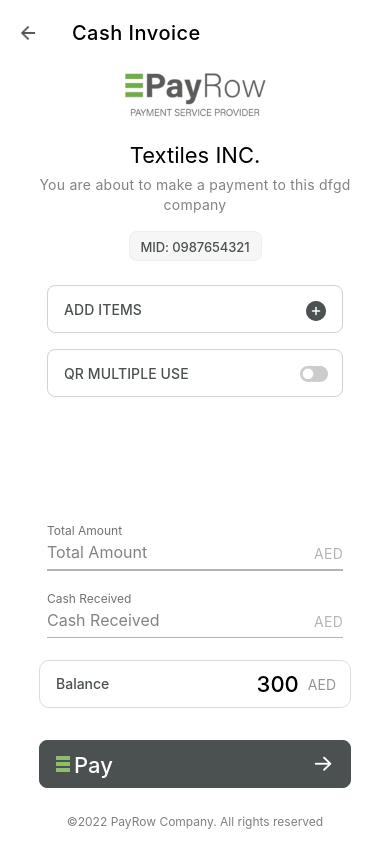
Repository: rishabh-critical-river/payrowios
Screen: /cashPay
The author's editor kept a copy of each file at every save. The screen is drawn from the files as they stood at one save, then again after the next save.
The app was drawn by React Native's web renderer in a window 390 px wide. The project was rebuilt for these pictures with package versions that can differ from the ones it lists, and the page was loaded fresh each time. Also part of the build but not shown: screens/onboarding/CreateAccount.js, screens/home/HomeScreen.tsx, screens/home/HomeComponents/TapToPay.tsx, screens/home/HomeComponents/PaymentSummary.js, screens/home/HomeComponents/AddItem.js, screens/home/HomeComponents/TapCard.tsx, screens/home/HomeComponents/EnterPin.tsx, screens/home/HomeComponents/Confirmation.tsx and 37 more.

Above is the screen before, as saved 2023-07-27 16:34:31.

### screens/home/HomeComponents/CashPay.tsx
import { StatusBar } from "expo-status-bar";
import React, { useState } from "react";
import { NavigationContainer } from "@react-navigation/native";
import { createNativeStackNavigator } from "@react-navigation/native-stack";
import {
  StyleSheet,
  Text,
  View,
  SafeAreaView,
  ScrollView,
  Image,
  Button,
  TouchableOpacity,
  TextInput,
  KeyboardAvoidingView,
  Platform,
  TouchableWithoutFeedback,
  Keyboard,
} from "react-native";
import { AntDesign, Fontisto } from "@expo/vector-icons";
function CashPay({ navigation }: any) {
  const [amount, setAmount] = useState("");
  const handleAmountChange = (text: any) => {
    // Remove any non-numeric characters from the input using regular expression
    const cleanedText = text.replace(/[^0-9.]/g, "");
    setAmount(cleanedText);
  };
  const handleDismissKeyboard = () => {
    Keyboard.dismiss();
  };
  return (
    <TouchableWithoutFeedback onPress={handleDismissKeyboard}>
      <KeyboardAvoidingView
        style={{ flex: 1 }}
        behavior={Platform.OS === "ios" ? "padding" : "height"}
      >
        <View style={styles.container}>
          <View
            style={{
              marginLeft: 19.98,
              marginTop: 17,
              flexDirection: "row",
              alignItems: "center",
            }}
          >
            <Image
              source={require("./arrow_back.png")}
              style={{
                width: 16.03,
                height: 16.03,
                marginRight: 35.98,
              }}
            />
            <Text
              style={{
                fontSize: 20,
                fontWeight: "500",
                lineHeight: 32,
                letterSpacing: 0.5,
              }}
            >
              Cash Invoice
            </Text>
          </View>
          <Image
            style={{
              width: 150,
              height: 48.3,
              alignSelf: "center",
              marginTop: 22,
            }}
            source={require("./payrowLogo.png")}
          />
          <Text
            style={{
              fontSize: 22,
              fontWeight: "400",
              lineHeight: 28,
              textAlign: "center",
              marginTop: 22,
            }}
          >
            Textiles INC.
          </Text>
          <Text
            style={{
              fontSize: 14,
              fontWeight: "400",
              lineHeight: 20,
              textAlign: "center",
              letterSpacing: 0.25,
              marginTop: 6,
              color: "#4B5050B2",
            }}
          >
            You are about to make a payment to this dfgd
          </Text>
          <Text
            style={{
              fontSize: 14,
              fontWeight: "400",
              lineHeight: 20,
              textAlign: "center",
              letterSpacing: 0.25,

              color: "#4B5050B2",
            }}
          >
            company
          </Text>
          <View
            style={{
              borderWidth: 1,
              borderColor: "#4B50500D",
              borderRadius: 8,
              marginTop: 16,
              width: 133,
              height: 30,
              alignSelf: "center",

              backgroundColor: "#4B50500D",
            }}
          >
            <Text
              style={{
                alignSelf: "center",
                marginTop: 6,
                fontWeight: "500",
                fontSize: 13,
                lineHeight: 18,
                letterSpacing: -0.08,
                color: "#4B5050",
              }}
            >
              MID: 0987654321
            </Text>
          </View>
          <View
            style={{
              borderWidth: 1,
              borderColor: "#4B505040",

              shadowColor: "#757E6E14",
              shadowOffset: {
                width: 0,
                height: 2,
              },
              shadowOpacity: 0.25,
              shadowRadius: 3.84,

              borderRadius: 8,
              marginTop: 24,
              width: 296,
              height: 48,
              alignSelf: "center",
            }}
          >
            <TouchableOpacity
              onPress={() => {
                navigation.navigate("AddItem");
              }}
              style={{
                flexDirection: "row",
              }}
            >
              <Text
                style={{
                  flex: 1,
                  marginLeft: 16,
                  marginTop: 14,
                  fontWeight: "500",
                  fontSize: 14,
                  lineHeight: 20,
                  letterSpacing: 0.1,
                  color: "#4B5050",
                }}
              >
                ADD ITEMS
              </Text>
              <Image
                source={require("./plusicon.png")}
                style={{
                  width: 20,
                  height: 20,
                  marginRight: 16,
                  marginTop: 15,
                  backgroundColor: "#4B5050E5",
                  borderRadius: 10,
                }}
              />
            </TouchableOpacity>
          </View>
          <View
            style={{
              borderWidth: 1,
              borderColor: "#4B505040",

              shadowColor: "#757E6E14",
              shadowOffset: {
                width: 0,
                height: 2,
              },
              shadowOpacity: 0.25,
              shadowRadius: 3.84,

              borderRadius: 8,
              marginTop: 16,
              width: 296,
              height: 48,
              alignSelf: "center",
            }}
          >
            <View
              style={{
                flexDirection: "row",
              }}
            >
              <Text
                style={{
                  flex: 1,
                  marginLeft: 16,
                  marginTop: 14,
                  fontWeight: "500",
                  fontSize: 14,
                  lineHeight: 20,
                  letterSpacing: 0.1,
                  color: "#4B5050",
                }}
              >
                QR MULTIPLE USE
              </Text>
              <Fontisto
                style={{ marginRight: 14, marginTop: 10 }}
                name="toggle-off"
                size={28}
                color="#CCCCCC"
              />
            </View>
          </View>
        </View>
        <View style={{ backgroundColor: "white" }}>
          <View style={{ alignSelf: "center" }}>
            <Text
              style={{
                marginBottom: 5,
                fontSize: 12,
                color: "#4B5050",
                fontWeight: "400",
                opacity: 0.800000011920929,
              }}
            >
              Total Amount
            </Text>
            <View
              style={{
                flexDirection: "row",
                justifyContent: "space-between",
                alignItems: "center",
              }}
            >
              <TextInput
                keyboardType="numeric"
                style={{
                  color: "#4B5050",
                  fontWeight: "400",
                  fontSize: 16,
                  lineHeight: 18,
                  opacity: 0.7,
                  marginBottom: 8,
                }}
                placeholder="Total Amount"
              />
              <Text
                style={{
                  color: "#4B505099",
                  fontWeight: "400",
                  letterSpacing: 0.25,
                  fontSize: 14,
                  marginLeft: 5,
                  lineHeight: 20,
                  opacity: 0.7,
                  marginBottom: 4,
                }}
              >
                AED
              </Text>
            </View>

            <View
              //horizontal line
              style={{
                backgroundColor: "#4B505099",

                width: 296,
                height: 1.5,
                opacity: 0.7,
                alignSelf: "center",
              }}
            />
          </View>
          <View style={{ alignSelf: "center", marginTop: 20 }}>
            <Text
              style={{
                marginBottom: 5,
                fontSize: 12,
                color: "#4B5050",
                fontWeight: "400",
                opacity: 0.800000011920929,
              }}
            >
              Cash Received
            </Text>
            <View
              style={{
                flexDirection: "row",
                justifyContent: "space-between",
                alignItems: "center",
              }}
            >
              <TextInput
                keyboardType="numeric"
                style={{
                  color: "#4B5050",
                  fontWeight: "400",
                  fontSize: 16,
                  lineHeight: 18,
                  opacity: 0.7,
                  marginBottom: 8,
                }}
                placeholder="Cash Received"
              />
              <Text
                style={{
                  color: "#4B505099",
                  fontWeight: "400",
                  letterSpacing: 0.25,
                  fontSize: 14,
                  marginLeft: 5,
                  lineHeight: 20,
                  opacity: 0.7,
                  marginBottom: 4,
                }}
              >
                AED
              </Text>
            </View>

            <View
              //horizontal line
              style={{
                backgroundColor: "#4B505099",

                width: 296,
                height: 1.5,
                opacity: 0.7,
                alignSelf: "center",
              }}
            />
          </View>

          {/* <View
            style={{
              borderWidth: 1,
              borderColor: "#4B505040",
              borderRadius: 8,
              marginTop: 26.5,
              width: 296,
              height: 52,
              alignSelf: "center",
              backgroundColor: "#4B505080",
            }}
          >
            <View
              style={{
                marginTop: 18,
                marginLeft: 16,
                flexDirection: "row",
              }}
            >
              <View>
                <View
                  style={{
                    borderWidth: 1,
                    borderColor: "#FFFFFF",

                    width: 14,
                    height: 3.61,

                    backgroundColor: "#FFFFFF",
                    marginBottom: 2.58,
                  }}
                />
                <View
                  style={{
                    borderWidth: 1,
                    borderColor: "#FFFFFF",

                    width: 14,
                    height: 3.61,

                    marginBottom: 2.58,
                    backgroundColor: "#FFFFFF",
                  }}
                />
                <View
                  style={{
                    borderWidth: 1,
                    borderColor: "#FFFFFF",

                    width: 14,
                    height: 3.61,

                    backgroundColor: "#FFFFFF",
                  }}
                />
              </View>
              <Text
                style={{
                  fontWeight: "400",
                  fontSize: 22,
                  lineHeight: 28,
                  color: "#FFFFFF",
                  marginLeft: 4,
                  bottom: 6,
                }}
              >
                Pay
              </Text>
            </View>
          </View> */}

          <View
            style={{
              width: "80%",
              alignSelf: "center",
              height: 48,
              borderRadius: 10,

              borderWidth: 1,
              borderColor: "rgba(75, 80, 80, 0.2)",
              flexDirection: "row",
              alignItems: "center",
              marginTop: 22,
            }}
          >
            <Text style={styles.priceLabel}>Balance</Text>
            <View style={styles.priceTextContainer}>
              <Text style={styles.priceText}>300</Text>
              <Text style={styles.priceCurrency}>AED</Text>
            </View>
          </View>

          <TouchableOpacity
            style={styles.goToSummaryButton}
            onPress={() => {
              navigation.navigate("InvoiceRecallthree");
            }}
          >
            <View style={styles.buttonContent}>
              <View style={{ justifyContent: "center", marginLeft: 16 }}>
                <View
                  style={{
                    borderWidth: 1,
                    borderColor: "#8EBD6C",

                    width: 14,
                    height: 3.61,

                    backgroundColor: "#8EBD6C",
                    marginBottom: 2.58,
                  }}
                />
                <View
                  style={{
                    borderWidth: 1,
                    borderColor: "#8EBD6C",

                    width: 14,
                    height: 3.61,

                    marginBottom: 2.58,
                    backgroundColor: "#8EBD6C",
                  }}
                />
                <View
                  style={{
                    borderWidth: 1,
                    borderColor: "#8EBD6C",

                    width: 14,
                    height: 3.61,

                    backgroundColor: "#8EBD6C",
                  }}
                />
              </View>
              <Text style={styles.buttonText}>Pay</Text>
              <View style={styles.arrowIcon}>
                <AntDesign name="arrowright" size={22} color="white" />
              </View>
            </View>
          </TouchableOpacity>

          <Text
            style={{
              fontSize: 12,
              backgroundColor: "white",
              color: "#7f7f7f",
              textAlign: "center",
              paddingBottom: 15,
              marginTop: 10,
            }}
          >
            ©2022 PayRow Company. All rights reserved
          </Text>
        </View>
      </KeyboardAvoidingView>
    </TouchableWithoutFeedback>
  );
}

export default CashPay;
const styles = StyleSheet.create({
  container: {
    flex: 1,
    backgroundColor: "white",
  },
  buttonContainer: {
    width: "80%",
    height: 48,
    backgroundColor: "#4B5050",
    alignSelf: "center",
    borderRadius: 8,
    marginTop: 20,
    display: "flex",
    justifyContent: "space-between",
    flexDirection: "row",
    alignItems: "center",
  },
  containers: {
    width: "80%",
    height: 50,
    borderRadius: 10,
    borderWidth: 1,
    borderColor: "rgba(75, 80, 80, 0.25)",
    alignSelf: "center",
    marginTop: 31,
    flexDirection: "row",
    justifyContent: "space-between",
    alignItems: "center",
    paddingLeft: 15,
    paddingRight: 15,
    shadowColor: "#757e6e",
    shadowOffset: {
      width: 0,
      height: 1,
    },
    shadowOpacity: 0.08,
    shadowRadius: 3,
  },
  badge: {
    width: 71,
    height: 26,
    borderRadius: 8,
    backgroundColor: "#4B50500D",
    textAlign: "center",
    paddingTop: 4,
    marginRight: 22,
  },
  itemContainer: {
    width: "100%",
    alignSelf: "center",
    height: 77,
    borderRadius: 10,
    marginBottom: 10,
    justifyContent: "center",
    borderWidth: 1,
    borderColor: "rgba(75, 80, 80, 0.2)",
    flexDirection: "row",
    alignItems: "center",
  },
  priceContainer: {
    width: "80%",
    alignSelf: "center",
    height: 48,
    borderRadius: 10,
    marginBottom: 10,
    borderWidth: 1,
    borderColor: "rgba(75, 80, 80, 0.2)",
    flexDirection: "row",
    alignItems: "center",
  },
  priceLabel: {
    fontWeight: "500",
    flex: 1,
    fontSize: 14,
    lineHeight: 20,
    color: "#4B5050",
    marginLeft: 16,
  },
  priceTextContainer: {
    flexDirection: "row",
    alignItems: "center",
    color: "#333333",
  },
  priceText: {
    fontSize: 22,
    fontWeight: "500",
    lineHeight: 28,
  },
  priceCurrency: {
    color: "#4B505099",
    marginRight: 14,
    marginLeft: 9,
  },
  goToSummaryButton: {
    alignSelf: "center",
    marginTop: 32,
    width: "80%",
  },
  buttonContent: {
    borderWidth: 0.6,
    borderColor: "#4B5050",
    backgroundColor: "#4B5050",
    borderRadius: 8,
    marginBottom: 16,
    height: 48,
    width: "100%",
    justifyContent: "center",
    flexDirection: "row",
  },
  buttonText: {
    fontSize: 22,
    paddingLeft: 4,
    paddingTop: 12,
    fontWeight: "500",
    lineHeight: 24,
    justifyContent: "center",
    color: "white",
    letterSpacing: 0.1,
    flex: 1,
  },
  arrowIcon: {
    justifyContent: "center",
    alignItems: "center",
    marginRight: 16,
  },
  footerText: {
    fontSize: 12,
    backgroundColor: "white",
    color: "#7f7f7f",
    textAlign: "center",
    paddingBottom: 15,
  },
  logo: {
    width: 150,
    height: 48.3,
    alignSelf: "center",
    marginTop: 33,
  },
  languageLogo: {
    width: 40,
    height: 40,
    marginLeft: 170,
    marginTop: 30,
  },
  homeBlocks: {
    fontSize: 14,
    fontWeight: "500",
    flex: 1,
    marginTop: 14,

    color: "#4B5050",
    lineHeight: 20,

    marginLeft: 16,
  },
  homeElements: {
    marginTop: 24,

    flexDirection: "column",
    justifyContent: "space-between",
    alignItems: "center",
    maxHeight: 448,
  },
  text: {
    fontSize: 15,
    fontWeight: "500",
    color: "#838c95",
    textAlign: "center",
    marginTop: 20,
    marginBottom: 15,
  },
  box: {
    borderWidth: 1,
    borderColor: "#4B505040",
    borderRadius: 9,
    marginBottom: 16,
    width: 296,
    height: 48,
    textAlign: "center",
    flexDirection: "row",
  },
  button: {
    marginLeft: 165,
    backgroundColor: "#72ac47",
    color: "black",
    padding: 10,
    fontSize: 20,
    height: 60,
    width: 60,
    cursor: "pointer",
    borderRadius: 70,
    justifyContent: "center",
    alignItems: "center",
  },
});

Loaded but not shown: screens/onboarding/LanguageSelection.tsx (287 lines, source omitted); App.tsx (321 lines, source omitted)

After the next save:
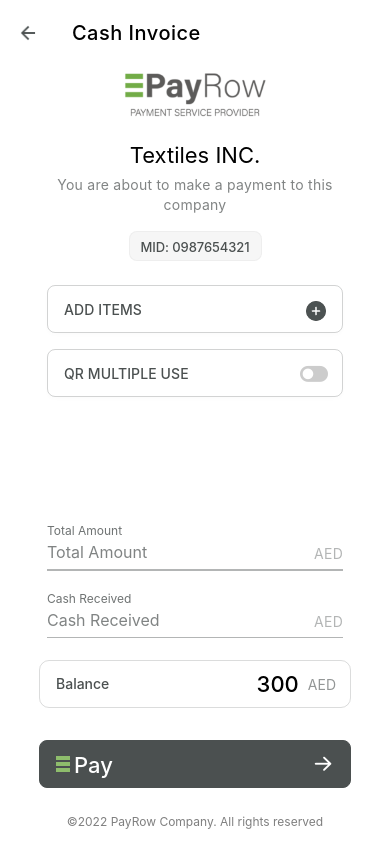
Saved 2 min 8 s later.
--- a/screens/home/HomeComponents/CashPay.tsx
+++ b/screens/home/HomeComponents/CashPay.tsx
@@ -93,7 +93,7 @@
               color: "#4B5050B2",
             }}
           >
-            You are about to make a payment to this dfgd
+            You are about to make a payment to this
           </Text>
           <Text
             style={{
